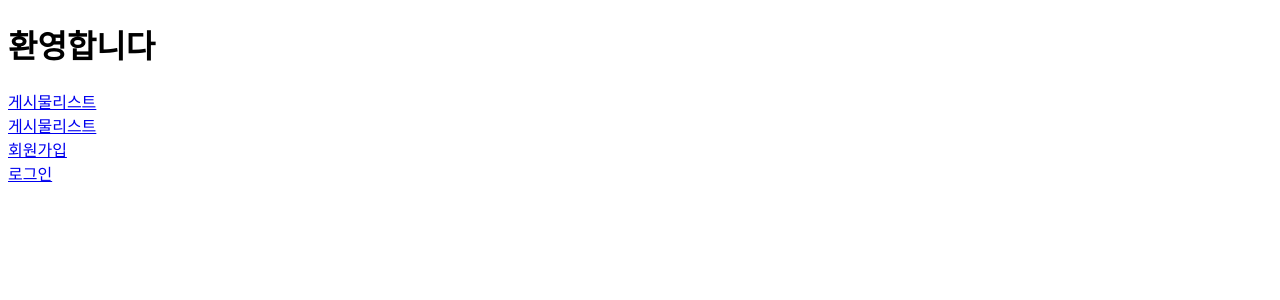
Repository: zmfhd1/Web
Page: boardtest/WebContent/boardstart.html
An editor plug-in stored every save of this project. The page is shown before and after the next save, followed by the edit.
The browser window is 1280 px wide. The pictures show the whole page.

Above is the page before, as saved 2021-08-23 00:38:09.

### boardtest/WebContent/boardstart.html
<!DOCTYPE html>
<html>
<head>
<meta charset="UTF-8">
<title>Insert title here</title>
</head>
<body>
<h1>환영합니다</h1>
<a href="boardlist.html">게시물리스트</a><br>
<a href="boardwrite.html">게시물리스트</a><br>
<a href="www.google.com">회원가입</a><br>
<a href="www.naver.com">로그인</a>
</body>
</html>

After the next save:
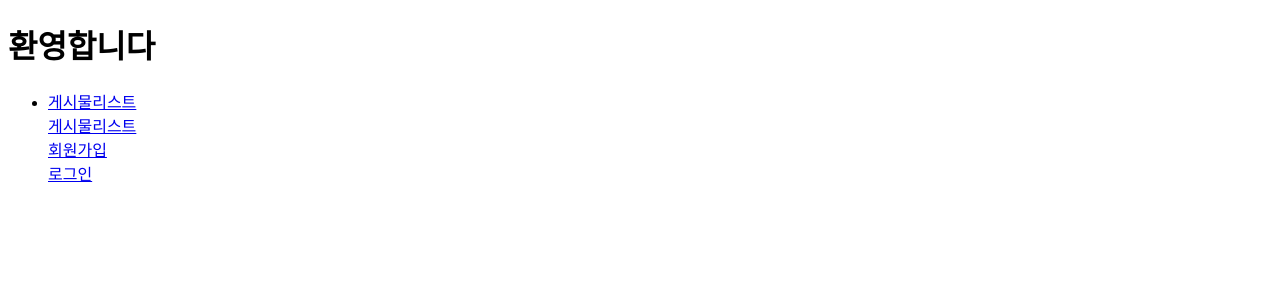
Saved 85 s later.
--- a/boardtest/WebContent/boardstart.html
+++ b/boardtest/WebContent/boardstart.html
@@ -6,9 +6,11 @@
 </head>
 <body>
 <h1>환영합니다</h1>
-<a href="boardlist.html">게시물리스트</a><br>
+<ul>
+<li><a href="boardlist.html">게시물리스트</a><br>
 <a href="boardwrite.html">게시물리스트</a><br>
 <a href="www.google.com">회원가입</a><br>
 <a href="www.naver.com">로그인</a>
+</ul>
 </body>
 </html>
